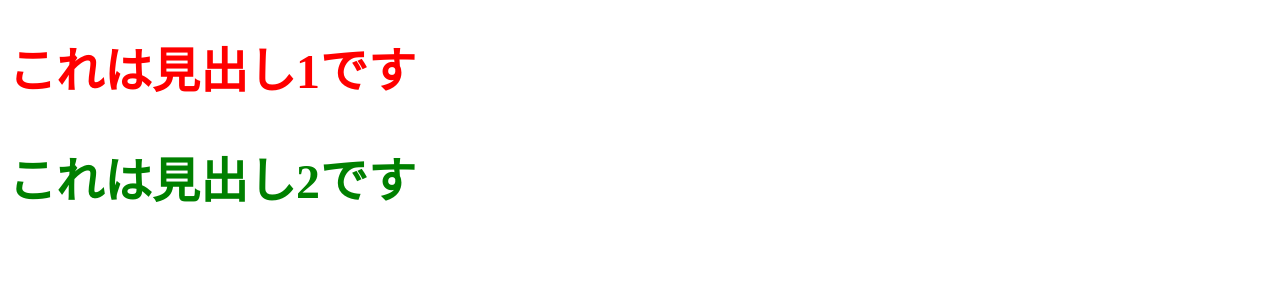
Repository: KustomApe/BlackRabbitTV
Page: 001_HTML/index.html
These files come from the project's save history. The page is drawn as it stood at one moment and after the next save; the edit follows.
The browser window is 1280 px wide. The pictures show the whole page.

Above is the page before, as saved 2023-11-13 12:09:41.

After the next save:
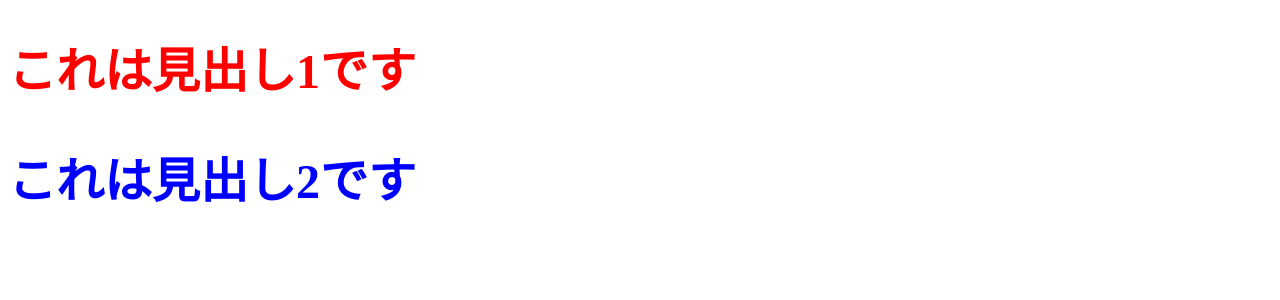
Saved 12 s later.
--- a/001_HTML/style.css
+++ b/001_HTML/style.css
@@ -7,5 +7,5 @@
 
 h2 {
     font-size: 3rem;
-    color: green;
+    color: blue;
 }

After the save that followed:
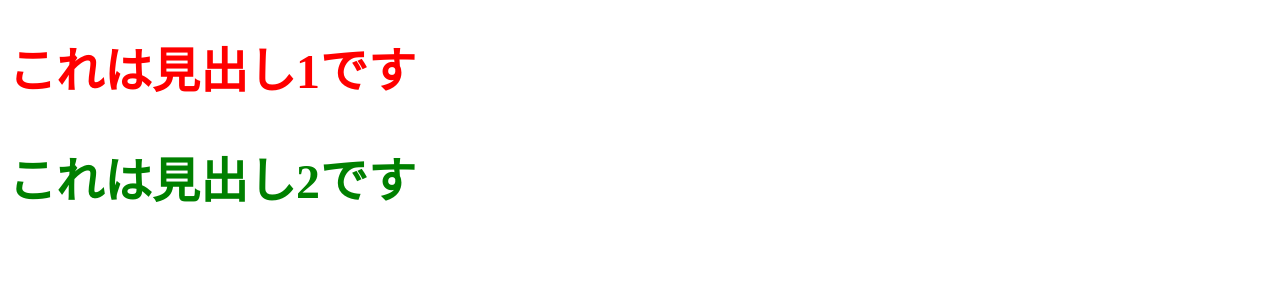
Saved 22 s later.
--- a/001_HTML/style.css
+++ b/001_HTML/style.css
@@ -7,5 +7,5 @@
 
 h2 {
     font-size: 3rem;
-    color: blue;
+    color: green;
 }
